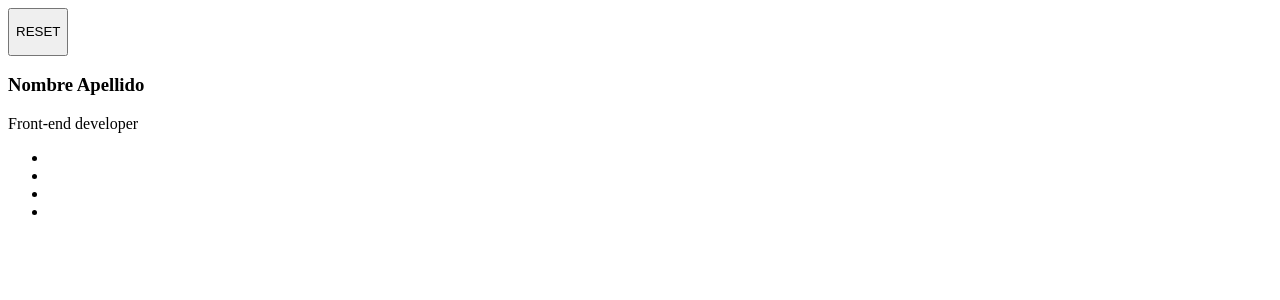
Repository: NataliaBlanco/Awesome_Business_Cards
Page: src/html/partials/section1.html
These files come from the project's save history. The page is drawn as it stood at one moment and after the next save; the edit follows.
The browser window is 1280 px wide. The pictures show the whole page.

Above is the page before, as saved 2023-02-02 23:56:54.

After the next save:
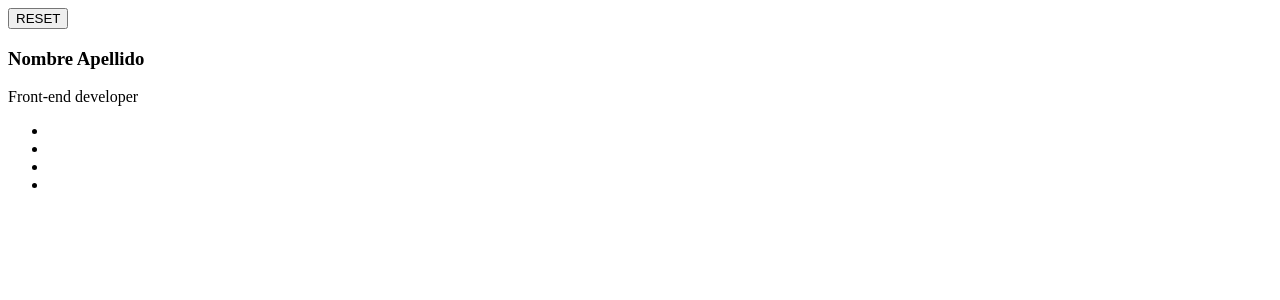
Saved 4 min 18 s later.
--- a/src/html/partials/section1.html
+++ b/src/html/partials/section1.html
@@ -1,8 +1,7 @@
 <section class="preview">
   <div>
     <button type="reset" class="reset">
-      <i class="far fa-trash-alt"></i>
-      <p>RESET</p>
+      <i class="far fa-trash-alt"></i>RESET
     </button>
   </div>
   <div class="card">

After the save that followed:
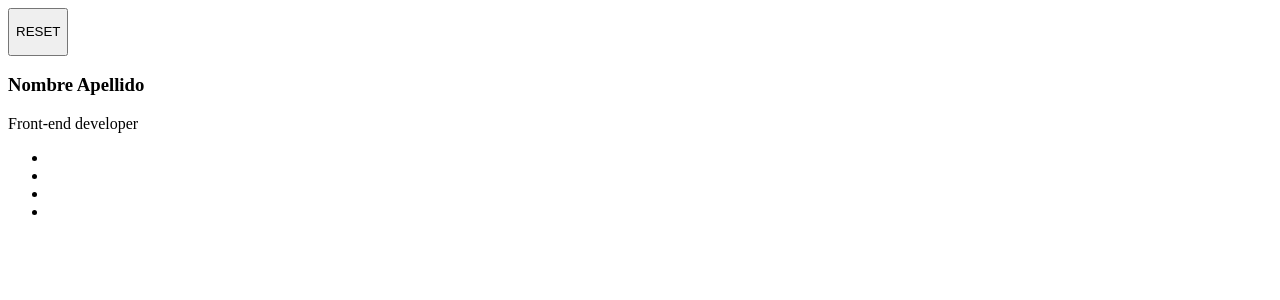
Saved 41 s later.
--- a/src/html/partials/section1.html
+++ b/src/html/partials/section1.html
@@ -1,7 +1,8 @@
 <section class="preview">
   <div>
     <button type="reset" class="reset">
-      <i class="far fa-trash-alt"></i>RESET
+      <i class="far fa-trash-alt"></i>
+      <p>RESET</p>
     </button>
   </div>
   <div class="card">
